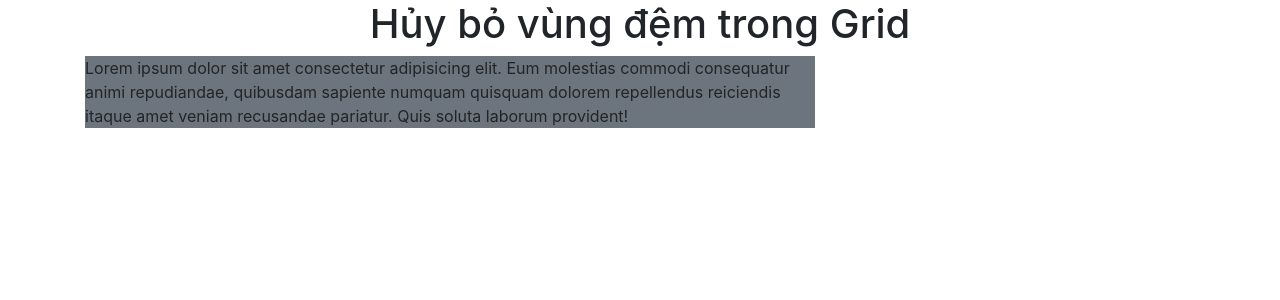
Repository: anhtu2110/front_end
Page: lesson/bootstrap/grid-layout/2.8-no-gutters.html
An editor plug-in stored every save of this project. The page is shown before and after the next save, followed by the edit.
The browser window is 1280 px wide. The pictures show the whole page.

Above is the page before, as saved 2022-12-01 18:01:36.

### lesson/bootstrap/grid-layout/2.8-no-gutters.html
<!DOCTYPE html>
<html lang="en">
  <head>
    <meta charset="UTF-8" />
    <meta http-equiv="X-UA-Compatible" content="IE=edge" />
    <meta name="viewport" content="width=device-width, initial-scale=1.0" />
    <link rel="stylesheet" href="./bootstrap/css/bootstrap.min.css" />
    <title>Hủy bỏ vùng đệm trong Grid</title>
  </head>
  <body>
    <!--Trong trường hợp muốn giữa các cột trong giao diện không còn vùng đệm. Bạn sử dụng class .no-gutters vào .row-->
    <div class="container">
      <div class="row">
        <div class="col-md-12">
          <h1 class="text-center">Hủy bỏ vùng đệm trong Grid</h1>
        </div>
      </div>
      <div class="row">
        <div class="col-md-8">
          <div class="bg-secondary">
            <p>
              Lorem ipsum dolor sit amet consectetur adipisicing elit. Eum
              molestias commodi consequatur animi repudiandae, quibusdam
              sapiente numquam quisquam dolorem repellendus reiciendis itaque
              amet veniam recusandae pariatur. Quis soluta laborum provident!
            </p>
          </div>
        </div>
      </div>
    </div>
    <script src="js/jquery-3.6.1.min.js"></script>
    <script src="js/popper.min.js"></script>
    <script src="./bootstrap/js/bootstrap.min.js"></script>
  </body>
</html>

Loaded but not shown: lesson/bootstrap/grid-layout/bootstrap/css/bootstrap.min.css (library); lesson/bootstrap/grid-layout/js/jquery-3.6.1.min.js (library); lesson/bootstrap/grid-layout/js/popper.min.js (library); lesson/bootstrap/grid-layout/bootstrap/js/bootstrap.min.js (library)

After the next save:
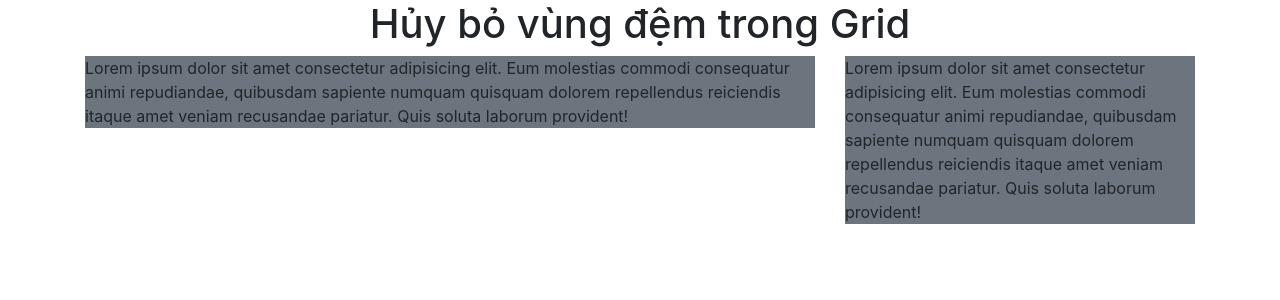
Saved 25 s later.
--- a/lesson/bootstrap/grid-layout/2.8-no-gutters.html
+++ b/lesson/bootstrap/grid-layout/2.8-no-gutters.html
@@ -26,6 +26,16 @@
             </p>
           </div>
         </div>
+        <div class="col-md-4">
+          <div class="bg-secondary">
+            <p>
+              Lorem ipsum dolor sit amet consectetur adipisicing elit. Eum
+              molestias commodi consequatur animi repudiandae, quibusdam
+              sapiente numquam quisquam dolorem repellendus reiciendis itaque
+              amet veniam recusandae pariatur. Quis soluta laborum provident!
+            </p>
+          </div>
+        </div>
       </div>
     </div>
     <script src="js/jquery-3.6.1.min.js"></script>
